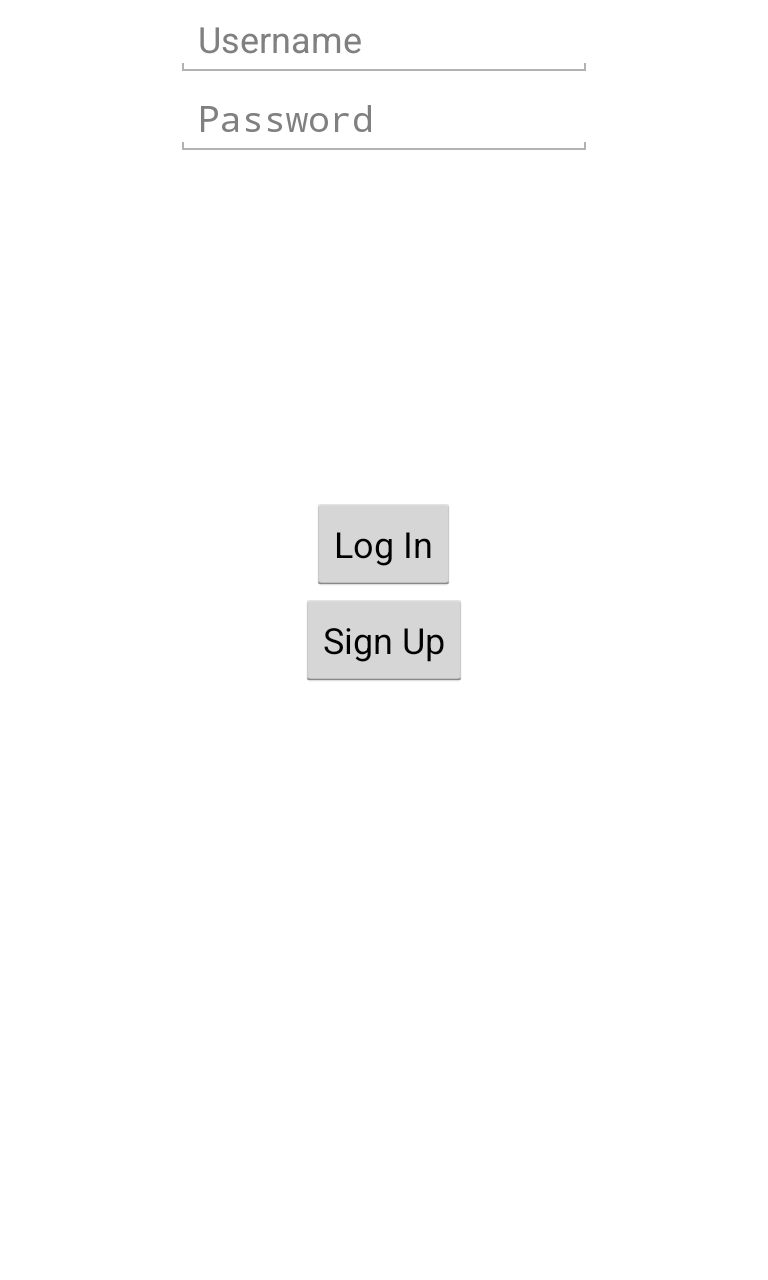
Repository: Dres90/TourngenWS
Layout: APP/Tourngen/res/layout/activity_main.xml
An editor plug-in stored every save of this project. The layout is shown before and after the next save, followed by the edit.
It is drawn on a 768 x 1280 px phone screen (xhdpi) without system bars, with theme AppTheme; the app's code is not run.

Above is the layout before, as saved 2014-04-11 21:05:53.

After the next save:
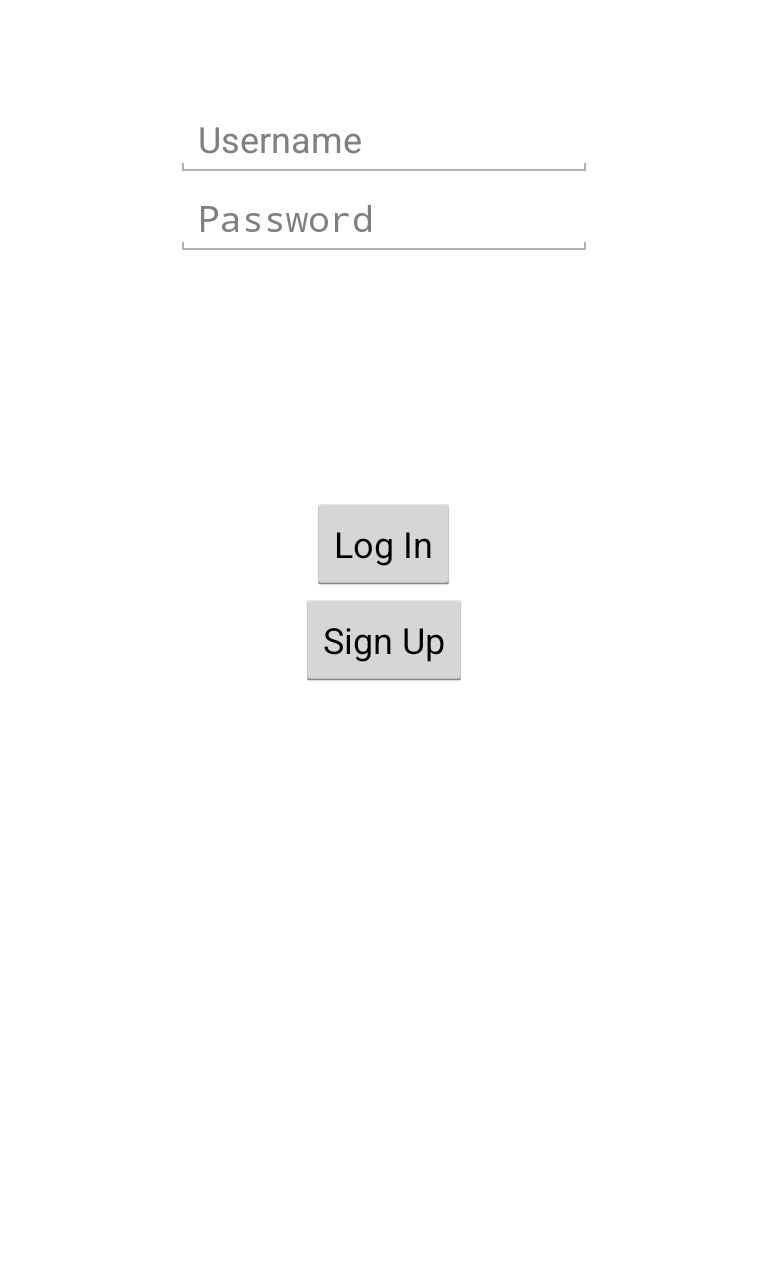
Saved 60 s later.
--- a/APP/Tourngen/res/layout/activity_main.xml
+++ b/APP/Tourngen/res/layout/activity_main.xml
@@ -8,6 +8,11 @@
     tools:context="com.tourngen.droid.MainActivity"
     tools:ignore="MergeRootFrame" >
 
+    <Space
+        android:id="@+id/space1"
+        android:layout_width="1dp"
+        android:layout_height="50dp"
+        android:layout_row="3" />
 
     <EditText
         android:id="@+id/editText1"
